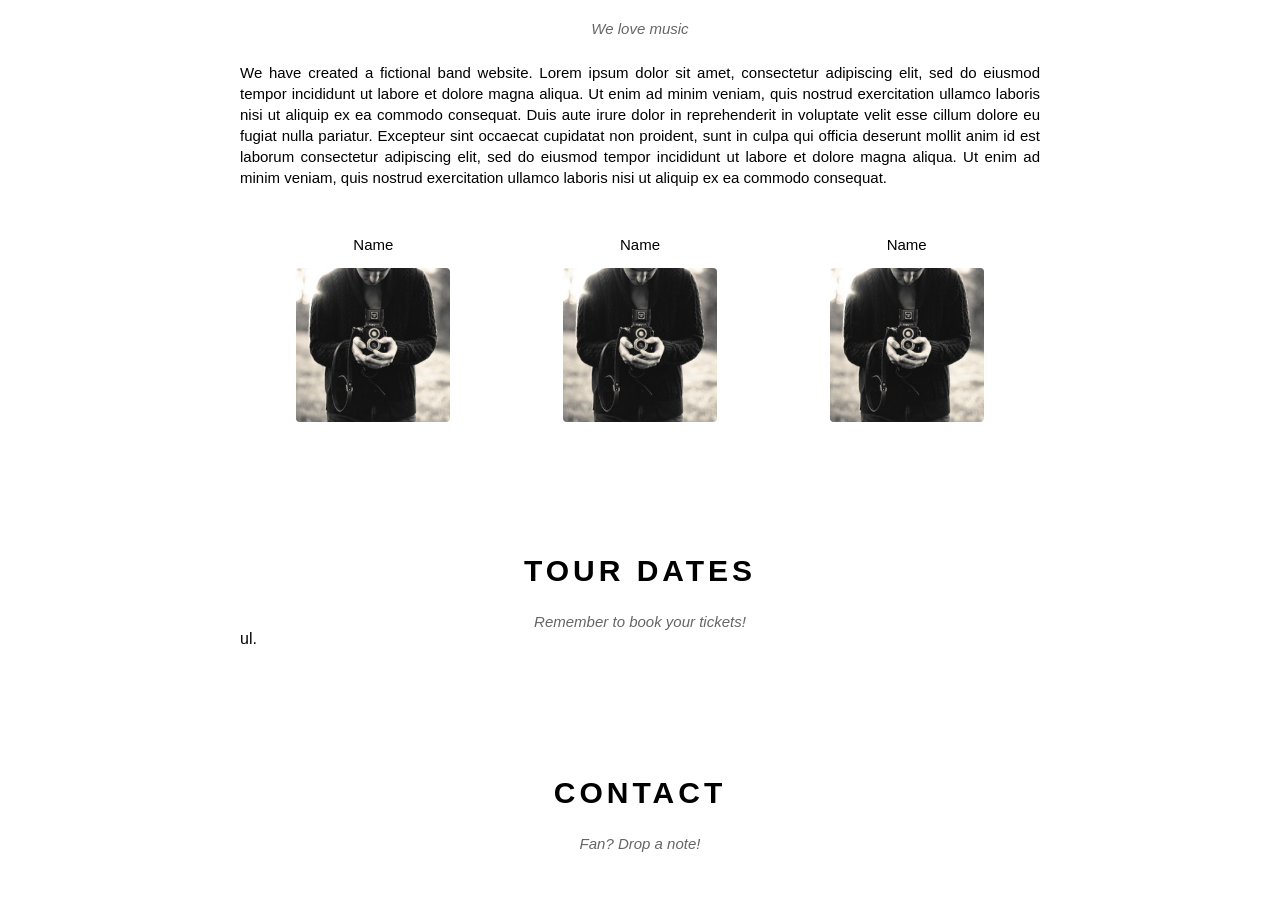
Repository: Phunobita/The-band-w3school
Page: index.html
The author's editor kept a copy of each file at every save. The page is drawn from the files as they stood at one save, then again after the next save.
The browser window is 1280 px wide. The pictures show the part of the page from y = 453 to 1405 px (the page is 1369 px tall before and 1405 px after).
A picture or video elsewhere on the page could not be fetched, so the positions and the page height are approximate.

Above is the page before, as saved 2021-12-02 21:58:43.

After the next save:
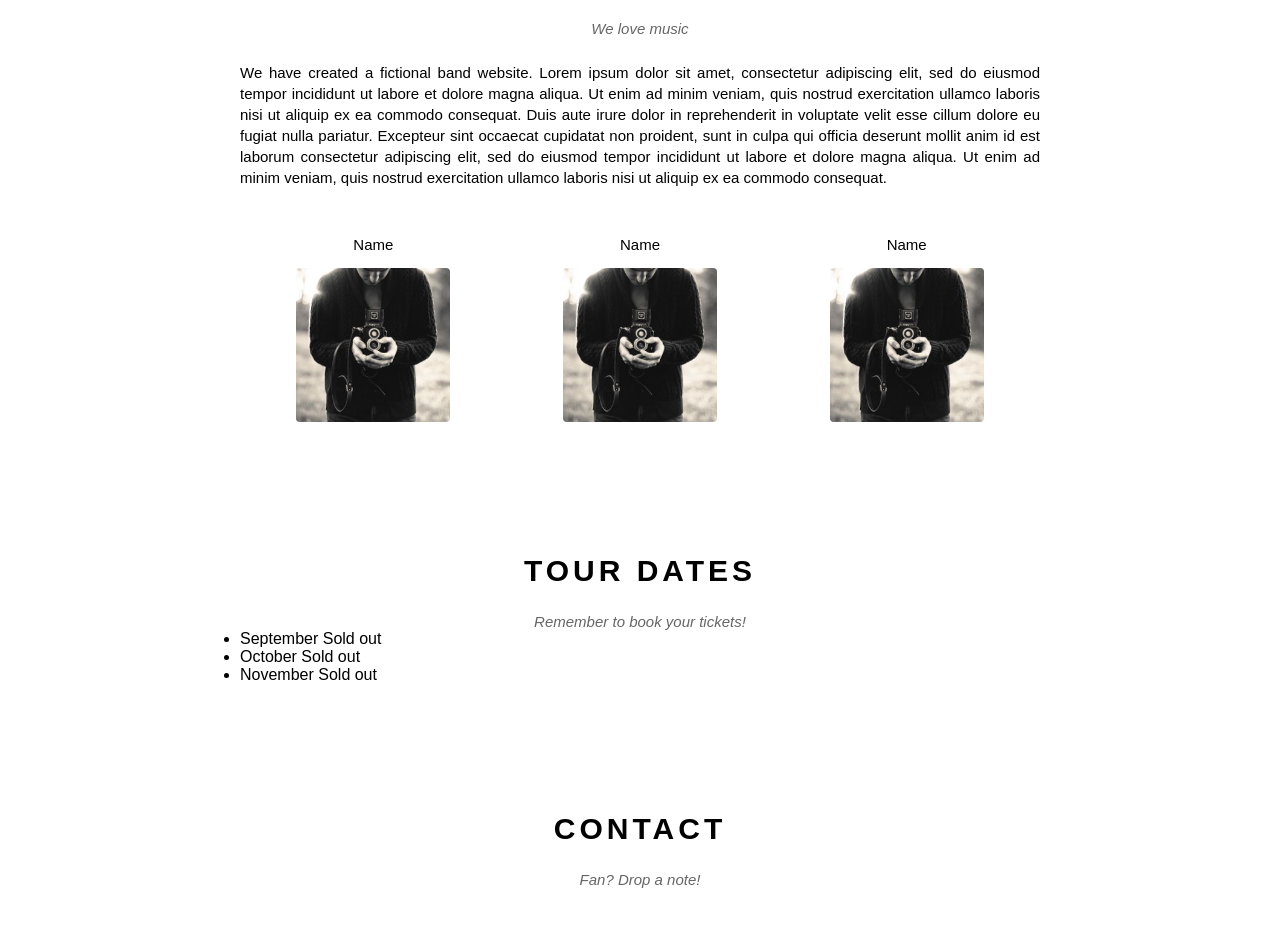
Saved 2 min 53 s later.
--- a/index.html
+++ b/index.html
@@ -80,8 +80,21 @@
                 <div class="content-section">
                     <h2 class="section-heading">TOUR DATES</h2>
                     <p class="section-sub-heading">Remember to book your tickets!</p>
-                    ul.
 
+                    <ul class="ticket__list">
+                        <li class="ticket__list-item">
+                            September
+                            <span class="sold-out">Sold out</span>
+                        </li>
+                        <li class="ticket__list-item">
+                            October
+                            <span class="sold-out">Sold out</span>
+                        </li>
+                        <li class="ticket__list-item">
+                            November
+                            <span class="sold-out">Sold out</span>
+                        </li>
+                    </ul>
                 </div>
             </div>
             <!--Contact section-->
